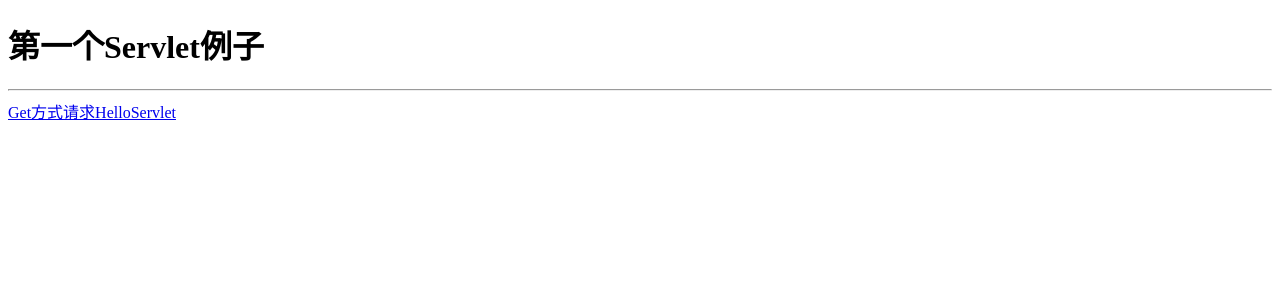
Repository: chengshide/Servlet
Page: http://localhost/EServlet/
These files come from the project's save history. The page is drawn as it stood at one moment and after the next save; the edit follows.
The browser window is 1280 px wide. The pictures show the whole page.
The page is served by Tomcat 9. Other server files are loaded and not shown.

Above is the page before, as saved 2020-05-16 01:38:57.

### eclipseworlk/EServlet/WebContent/index.jsp
<%@ page language="java" contentType="text/html; charset=utf-8"
    pageEncoding="utf-8"%>
<!DOCTYPE html>
<html>
<head>
<meta charset="utf-8">
<title>Insert title here</title>
</head>
<body>
    <h1>第一个Servlet例子</h1>
    <hr>
    <a href="servlet/HelloServlet">Get方式请求HelloServlet</a>
</body>
</html>

After the next save:
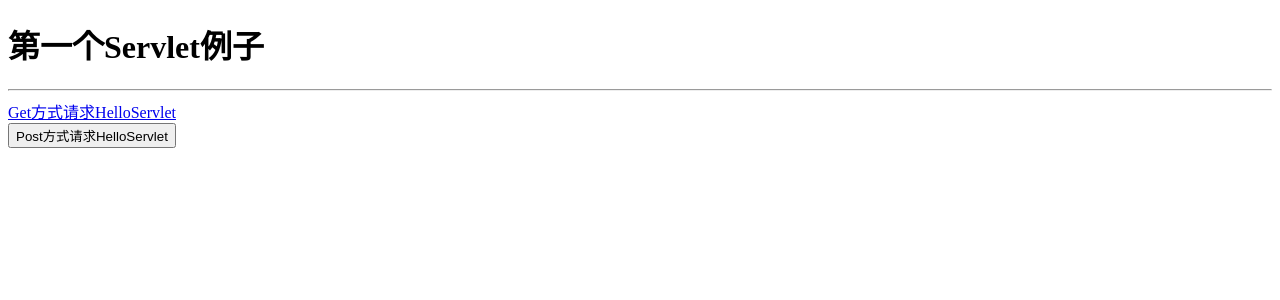
Saved 3 min 15 s later.
--- a/eclipseworlk/EServlet/WebContent/index.jsp
+++ b/eclipseworlk/EServlet/WebContent/index.jsp
@@ -10,5 +10,8 @@
     <h1>第一个Servlet例子</h1>
     <hr>
     <a href="servlet/HelloServlet">Get方式请求HelloServlet</a>
+    <form>
+      <input type="submit" value="Post方式请求HelloServlet">
+    </form>
 </body>
 </html>
